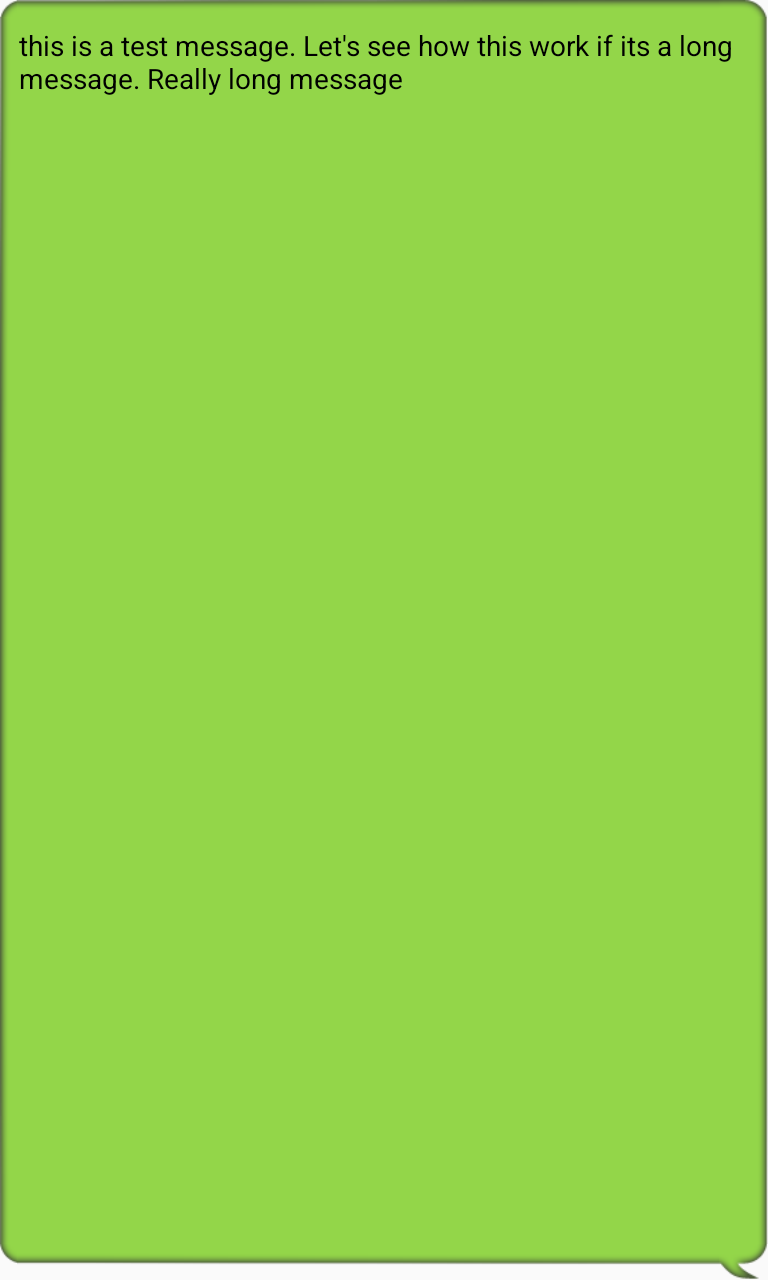
Repository: fareehaamjad/SMI-final
Layout: SecureMobileIdentity/res/layout/sms_row.xml
An editor plug-in stored every save of this project. The layout is shown before and after the next save, followed by the edit.
It is drawn on a 768 x 1280 px phone screen (xhdpi) without system bars, with theme AppTheme; the app's code is not run.

Above is the layout before, as saved 2015-08-22 09:31:53.

### SecureMobileIdentity/res/layout/sms_row.xml
<?xml version="1.0" encoding="utf-8"?>
<LinearLayout xmlns:android="http://schemas.android.com/apk/res/android"
    android:layout_width="wrap_content"
    android:layout_height="wrap_content"
    android:background="@drawable/speech_bubble_green"
    android:orientation="horizontal" >

    <TextView
        android:id="@+id/message_text"
        android:layout_width="wrap_content"
        android:layout_height="wrap_content"
        android:layout_margin="5sp"
        android:shadowColor="@color/textShadow"
        android:shadowDx="1"
        android:shadowDy="1"
        android:text="this is a test message. Let's see how this work if its a long message. Really long message"
        android:textColor="@color/textColor"
        android:textSize="14sp" />

    <TextView
        android:id="@+id/textView1"
        android:layout_width="wrap_content"
        android:layout_height="wrap_content"
        android:text="TextView"
        android:textSize="14sp" />

</LinearLayout>

### SecureMobileIdentity/res/values/styles.xml
<resources>

    <!--
        Base application theme, dependent on API level. This theme is replaced
        by AppBaseTheme from res/values-vXX/styles.xml on newer devices.

    -->
    <style name="AppBaseTheme" parent="Theme.AppCompat.Light">
        <!--
            Theme customizations available in newer API levels can go in
            res/values-vXX/styles.xml, while customizations related to
            backward-compatibility can go here.

        -->
    </style>

    <!-- Application theme. -->
    <style name="AppTheme" parent="AppBaseTheme">
        <!-- All customizations that are NOT specific to a particular API-level can go here. -->
    </style>

    <style name="chat_text_message_style">
        <item name="android:layout_width">wrap_content</item>
        <item name="android:layout_height">wrap_content</item>
        <item name="android:paddingTop">5dp</item>
        <item name="android:paddingBottom">5dp</item>
        <item name="android:paddingLeft">8dp</item>
        <item name="android:paddingRight">8dp</item>
        <item name="android:textSize">16sp</item>
        <item name="android:textColor">@android:color/black</item>
    </style>

    <style name="chat_timings">
        <item name="android:layout_width">wrap_content</item>
        <item name="android:layout_height">wrap_content</item>
        <item name="android:textSize">12sp</item>
    </style>

</resources>

### SecureMobileIdentity/res/values/colors.xml
<?xml version="1.0" encoding="utf-8"?>
<resources>
    <item name="textColor" type="color">#000000</item>
    <color name="textShadow">#FFF</color>
    <color name="blue">#33B5E5</color>
    <color name="purple">#57068c</color>
</resources>

Loaded but not shown: SecureMobileIdentity/res/values-v11/styles.xml (common file); SecureMobileIdentity/res/values-v14/styles.xml (common file)

After the next save:
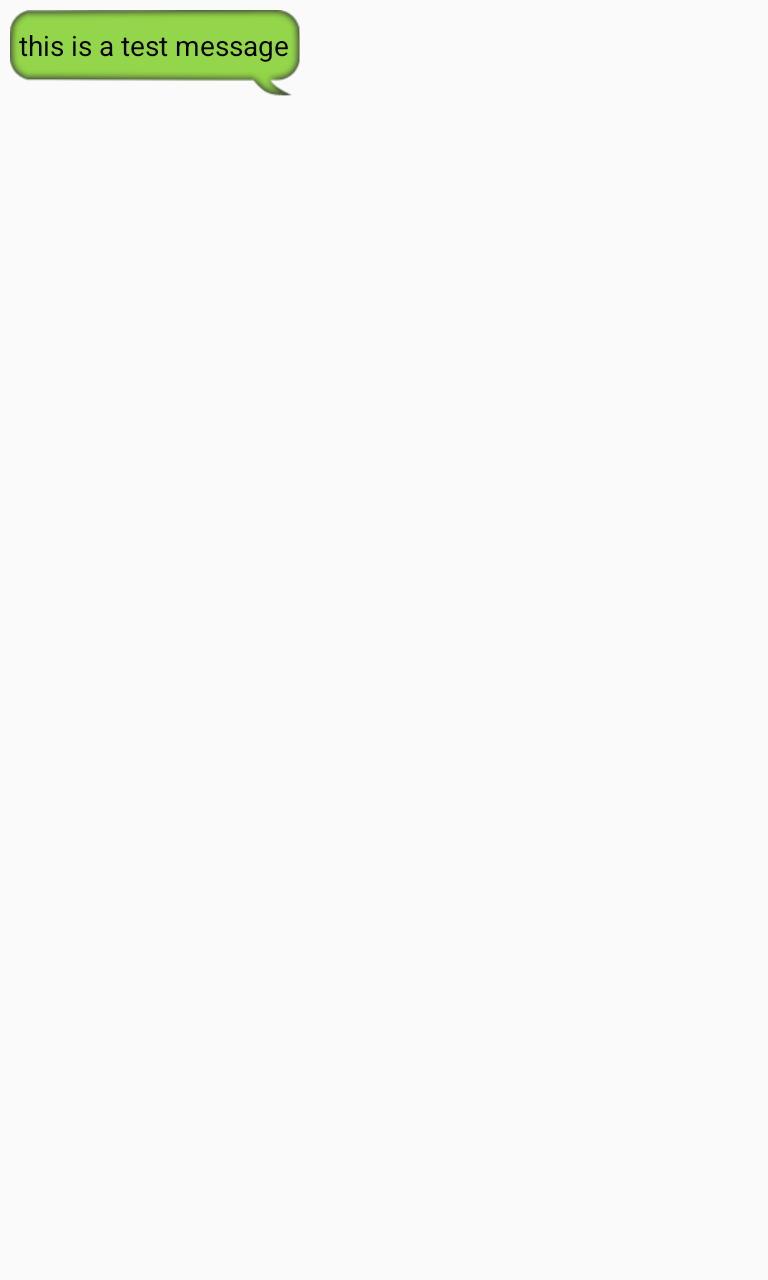
Saved 34 s later.
--- a/SecureMobileIdentity/res/layout/sms_row.xml
+++ b/SecureMobileIdentity/res/layout/sms_row.xml
@@ -1,27 +1,20 @@
 <?xml version="1.0" encoding="utf-8"?>
 <LinearLayout xmlns:android="http://schemas.android.com/apk/res/android"
-    android:layout_width="wrap_content"
-    android:layout_height="wrap_content"
-    android:background="@drawable/speech_bubble_green"
-    android:orientation="horizontal" >
+    android:layout_width="fill_parent"
+    android:layout_height="fill_parent"
+    android:orientation="vertical" >
 
     <TextView
         android:id="@+id/message_text"
         android:layout_width="wrap_content"
         android:layout_height="wrap_content"
         android:layout_margin="5sp"
+        android:background="@drawable/speech_bubble_green"
         android:shadowColor="@color/textShadow"
         android:shadowDx="1"
         android:shadowDy="1"
-        android:text="this is a test message. Let's see how this work if its a long message. Really long message"
         android:textColor="@color/textColor"
-        android:textSize="14sp" />
-
-    <TextView
-        android:id="@+id/textView1"
-        android:layout_width="wrap_content"
-        android:layout_height="wrap_content"
-        android:text="TextView"
+        android:text="this is a test message"
         android:textSize="14sp" />
 
 </LinearLayout>
